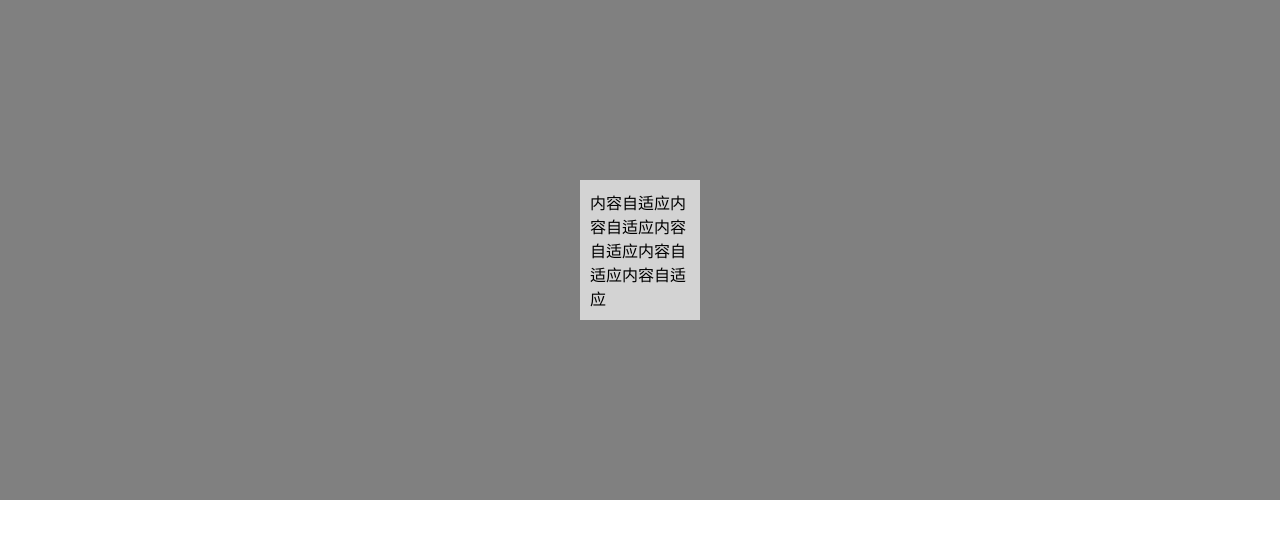
Repository: ArtemisWang/webpack
Page: src/demo20.html
The author's editor kept a copy of each file at every save. The page is drawn from the files as they stood at one save, then again after the next save.
The browser window is 1280 px wide. The pictures show the whole page.

Above is the page before, as saved 2020-03-31 20:51:25.

### src/demo20.html
<!DOCTYPE html>
<html lang="en">
<head>
    <meta charset="UTF-8">
    <meta name="viewport" content="width=device-width, initial-scale=1.0">
    <title>Document</title>
    <style type="text/css" >
    .html,body{
        padding:0;
        margin:0;
        height:100%;
    }
    .father{
        display:flex;
        justify-content:center;
        align-items:center;
        height:500px;
        width: 100%;
        background-color:grey;
    }
    .child{
        background-color: lightgray;
        width:100px;
        padding:10px;
    }
    </style>
</head>
<body>
	<div class="father">
        <div class="child">
            内容自适应内容自适应内容自适应内容自适应内容自适应
        </div>
    </div>
</body>
</html>

After the next save:
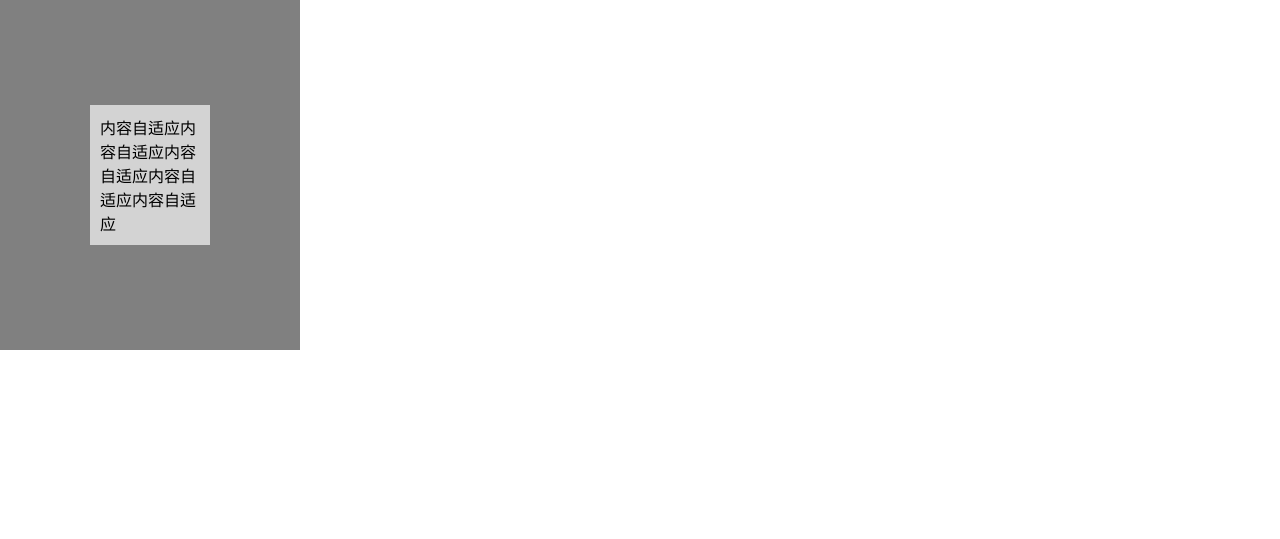
Saved 20 s later.
--- a/src/demo20.html
+++ b/src/demo20.html
@@ -14,8 +14,8 @@
         display:flex;
         justify-content:center;
         align-items:center;
-        height:500px;
-        width: 100%;
+        height:350px;
+        width: 300px;
         background-color:grey;
     }
     .child{
